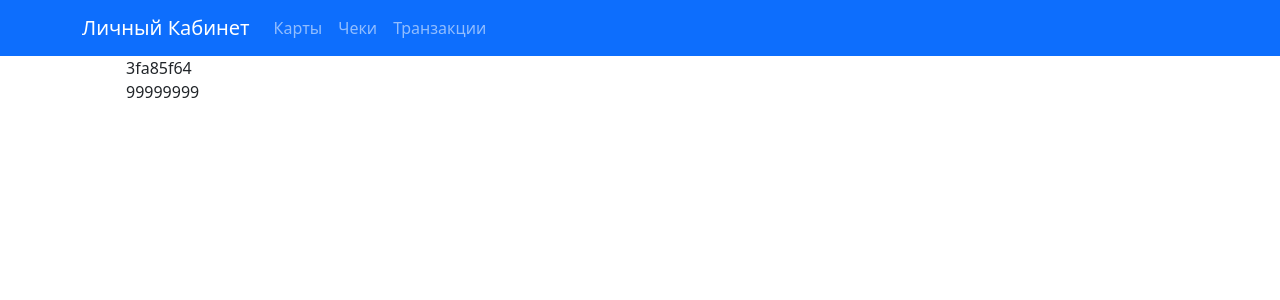
Repository: PGVlasov/cardTask
Page: /
These files come from the project's save history. The page is drawn as it stood at one moment and after the next save; the edit follows.
The browser window is 1280 px wide. The pictures show the whole page.
The project was rebuilt for these pictures with package versions that can differ from the ones it lists, and the page was loaded fresh each time. Also part of the build but not shown: src/pages/CheckPage.js, src/pages/TransactionsPage.js.

Above is the page before, as saved 2022-06-03 14:31:03.

### src/App.js
import "bootstrap/dist/css/bootstrap.min.css";
import { BrowserRouter, Routes, Route } from "react-router-dom";
import { NavMenu } from "./components/NavMenu";
import { CardsPage } from "./pages/CardsPage";
import { CheckPage } from "./pages/CheckPage";
import { TransactionPage } from "./pages/TransactionsPage";

function App() {
  return (
    <BrowserRouter>
      <NavMenu />
      <div className="container">
        <Routes>
          <Route element={<CardsPage />} path="/" />
          <Route element={<CheckPage />} path="/checks" />
          <Route element={<TransactionPage />} path="/transactions" />
        </Routes>
      </div>
    </BrowserRouter>
  );
}

export default App;

### src/components/NavMenu.js
import { Navbar, Container, Nav } from "react-bootstrap";

export const NavMenu = () => {
  return (
    <>
      <Navbar bg="primary" variant="dark">
        <Container>
          <Navbar.Brand href="/">Личный Кабинет</Navbar.Brand>
          <Nav className="me-auto">
            <Nav.Link href="/">Карты</Nav.Link>
            <Nav.Link href="/checks">Чеки</Nav.Link>
            <Nav.Link href="/transactions">Транзакции</Nav.Link>
          </Nav>
        </Container>
      </Navbar>
    </>
  );
};

### src/pages/CardsPage.js
import { CardList } from "../components/cards/CardList";

export const CardsPage = () => {
  return <CardList />;
};

### src/components/cards/CardList.js
import { useState } from "react";

export const CardList = () => {
  const cards = [
    {
      "uuid": "3fa85f64",
      "type_uuid": "3fa85f64-5717-4562-b3fc-2c963f66afa6",
      "number": "string",
      "status": "active",
      "holder": "string",
      "phone": "87876236863",
      "birthdate": "2022-06-03",
      "created_date": 0,
      "created_user": "31-162756066862556",
      "created_store_uuid": "3fa85f64-5717-4562-b3fc-2c963f66afa6",
      "created_device_uuid": "3fa85f64-5717-4562-b3fc-2c963f66afa6",
      "sales": 0,
      "balance": 0,
    },
    {
      "uuid": "99999999",
      "type_uuid": "3fa85f64-5717-4562-b3fc-2c963f66afa6",
      "number": "string",
      "status": "active",
      "holder": "string",
      "phone": "87876236863",
      "birthdate": "2022-06-03",
      "created_date": 0,
      "created_user": "31-162756066862556",
      "created_store_uuid": "3fa85f64-5717-4562-b3fc-2c963f66afa6",
      "created_device_uuid": "3fa85f64-5717-4562-b3fc-2c963f66afa6",
      "sales": 0,
      "balance": 0,
    },
  ];

  return (
    <div className="container">
      <ul>
        {cards.map((card) => {
          return <div key={card.uuid}>{card.uuid}</div>;
        })}
      </ul>
    </div>
  );
};

### src/components/cards/CardItem.js
import { Card } from "react-bootstrap";

export const CadrItem = ({ card }) => {
  return (
    <Card>
      <Card.Body>{card.uuid}</Card.Body>
    </Card>
  );
};

Loaded but not shown: public/index.html (common file); src/index.js (common file); src/index.css (common file); src/reportWebVitals.js (common file)

After the next save:
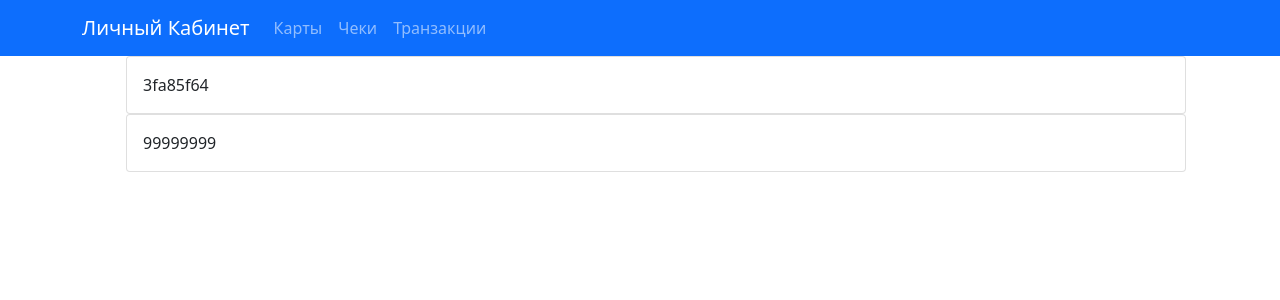
Saved 28 s later.
--- a/src/components/cards/CardList.js
+++ b/src/components/cards/CardList.js
@@ -1,4 +1,5 @@
 import { useState } from "react";
+import { CadrItem } from "./CardItem";
 
 export const CardList = () => {
   const cards = [
@@ -38,7 +39,7 @@ export const CardList = () => {
     <div className="container">
       <ul>
         {cards.map((card) => {
-          return <div key={card.uuid}>{card.uuid}</div>;
+          return <CadrItem card={card} />;
         })}
       </ul>
     </div>
